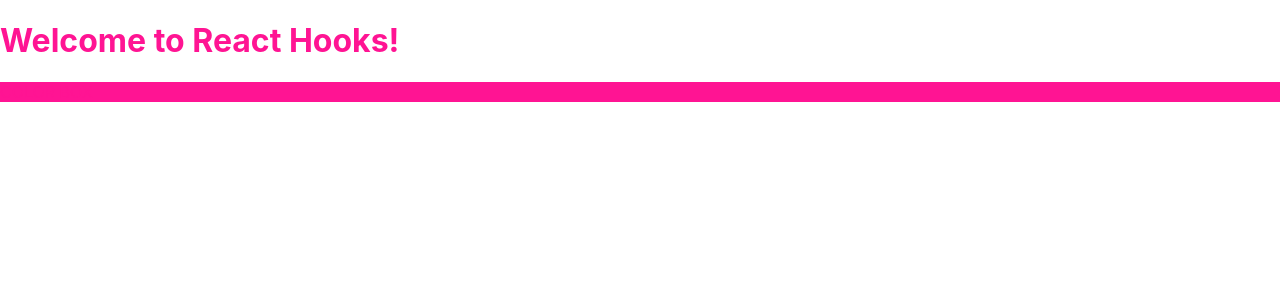
Repository: TranNgocPhuongNhi/react-hooks-basic
Page: /
An editor plug-in stored every save of this project. The page is shown before and after the next save, followed by the edit.
The browser window is 1280 px wide. The pictures show the whole page.
The project was rebuilt for these pictures with package versions that can differ from the ones it lists, and the page was loaded fresh each time.

Above is the page before, as saved 2021-09-06 11:12:00.

### src/App.js
import React from 'react';
import './App.scss';
import ColorBox from './ColorBox';

function App() {
  return (
    <div className="app">
      <h1>Welcome to React Hooks!</h1>

      <ColorBox />
    </div>
  );
}

export default App;

### src/App.scss
.app {
  color: deeppink;
}

### src/ColorBox/index.jsx
import React, {useState} from 'react';
import PropTypes from 'prop-types';

ColorBox.propTypes = {

};

function ColorBox() {
    const [color, setColor] = useState('deeppink')
    return (
        <div className="color-box" style={{ backgroundColor: color }}>
            COLOR BOX
        </div>
    );
}

export default ColorBox;

Loaded but not shown: public/index.html (common file); src/index.js (common file); src/index.css (common file); src/reportWebVitals.js (common file)

After the next save:
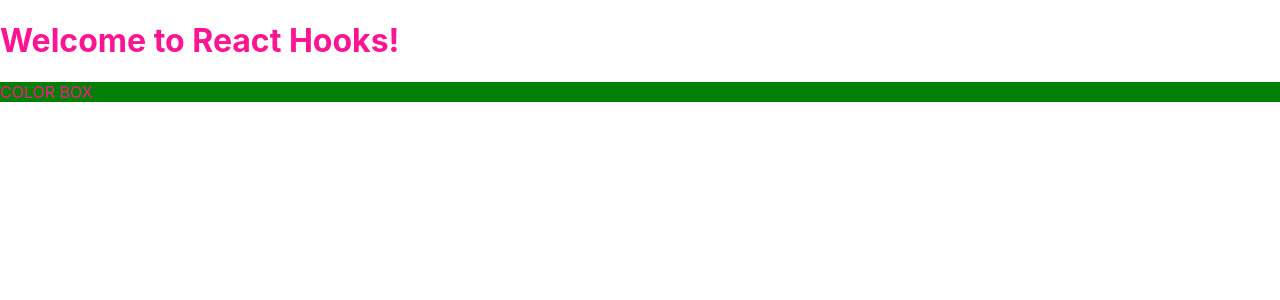
Saved 31 s later.
--- a/src/ColorBox/index.jsx
+++ b/src/ColorBox/index.jsx
@@ -6,7 +6,7 @@
 };
 
 function ColorBox() {
-    const [color, setColor] = useState('deeppink')
+    const [color, setColor] = useState('green')
     return (
         <div className="color-box" style={{ backgroundColor: color }}>
             COLOR BOX
